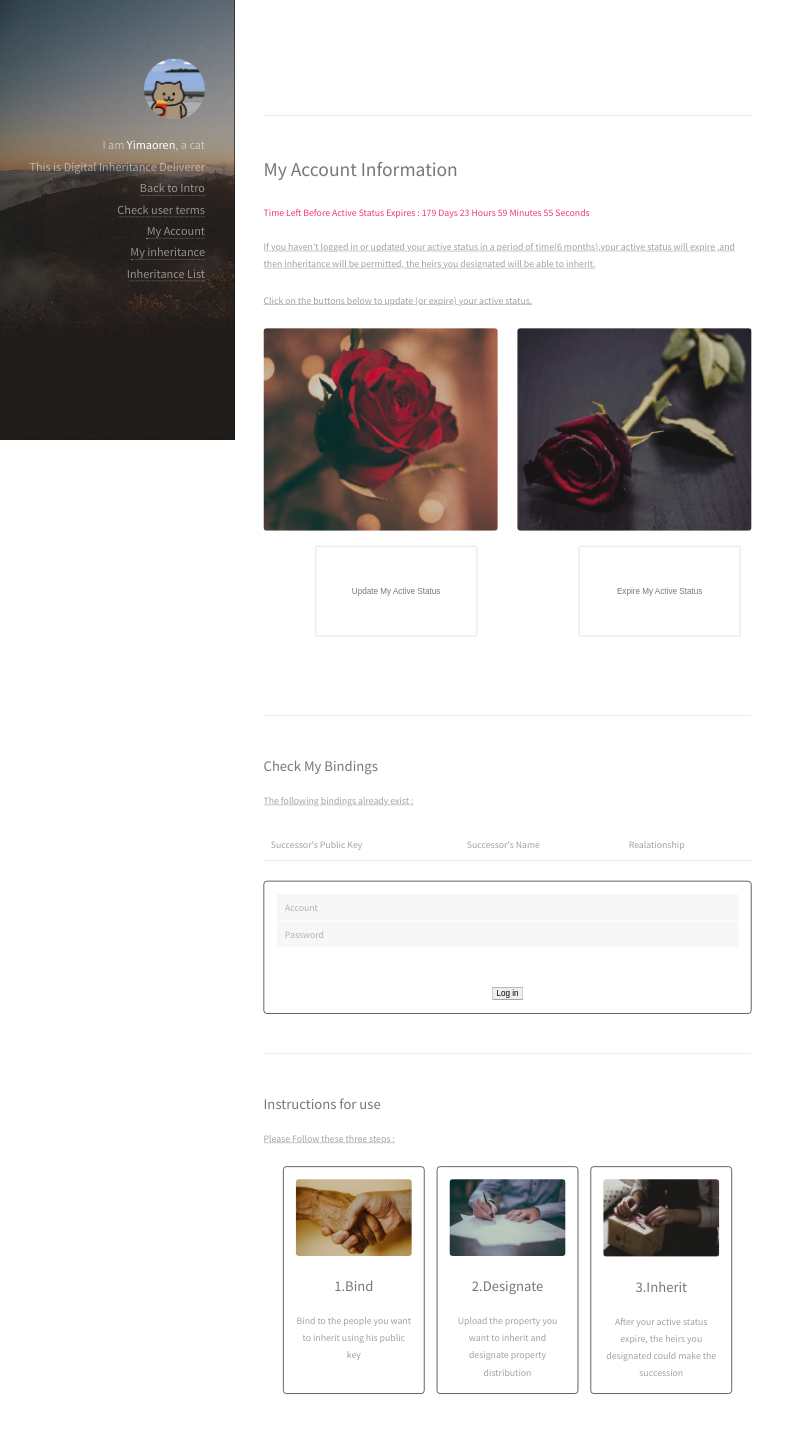
Repository: 1mocat/DID-blockchain-project
Page: Digital_I_D/app/src/myaccount.html
These files come from the project's save history. The page is drawn as it stood at one moment and after a run of saves; the edit follows.
The browser window is 1280 px wide. The page is 1315 px wide, so the pictures cover 1315 px, including what lies to the right of the window. The pictures show the whole page, at 61% of full size.

Above is the page before, as saved 2023-10-03 12:52:01.

After the next 3 saves:
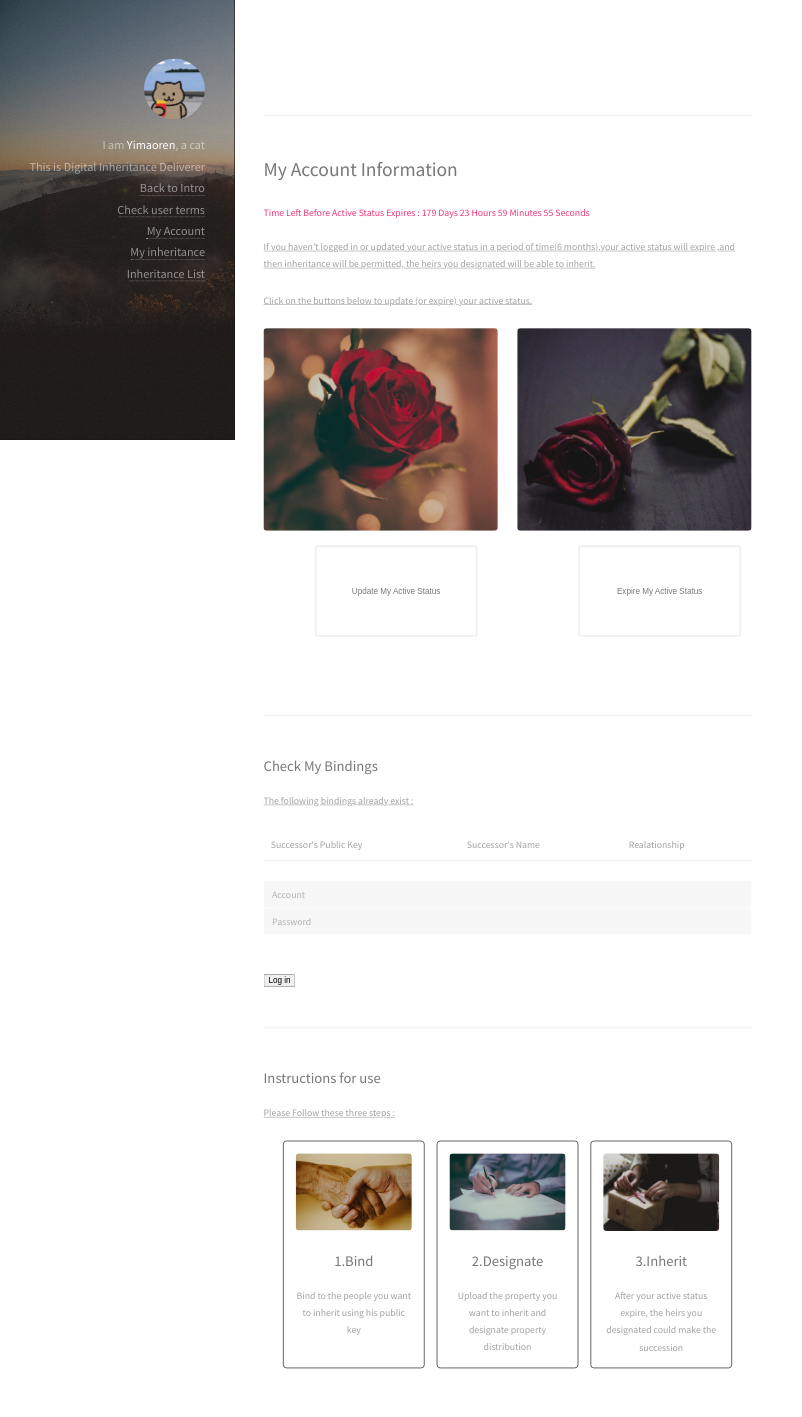
The 3 saves are shown as one change because they came seconds apart.
The last was saved 13 s later.
--- a/Digital_I_D/app/src/myaccount.html
+++ b/Digital_I_D/app/src/myaccount.html
@@ -151,8 +151,6 @@
 					</thead>
 					<tbody id="details"></tbody>
 				</table>
-			</div>
-			<div class="box">
 				<form method="post" action="#">
 					<div class="fields">
 						<div class="field half"><input type="text" name="account" placeholder="Account" /></div>
@@ -166,6 +164,7 @@
 					<button>Log in</button>
 				</a>
 			</div>
+
 		</section>
 
 		<!-- Three -->
